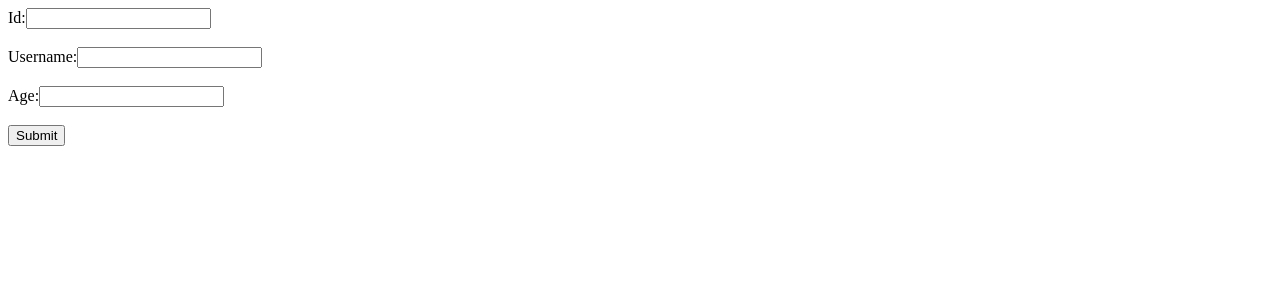
Repository: debrajnandi/APMM-Microservice
Page: http://localhost/PersonSpringBootJPAh2/home.jsp
The author's editor kept a copy of each file at every save. The page is drawn from the files as they stood at one save, then again after the next save.
The browser window is 1280 px wide. The pictures show the whole page.
The page is served by Tomcat 9. Other server files are loaded and not shown.

Above is the page before, as saved 2018-10-03 07:07:00.

### PersonSpringBootJPAh2/src/main/webapp/home.jsp
<%@ page language="java" contentType="text/html; charset=ISO-8859-1"
    pageEncoding="ISO-8859-1"%>
<!DOCTYPE html>
<html>
<head>
<meta charset="ISO-8859-1">
<title>Insert title here</title>
</head>
<body>
	<form action="addPerson">
		Id:<input type="text" name="id">
		<br><br>
		Username:<input type="text" name="name">
		<br><br>
		Age:<input type="text" name="age">
		<br><br>
		<input type="submit">
	</form>

</body>
</html>

After the next save:
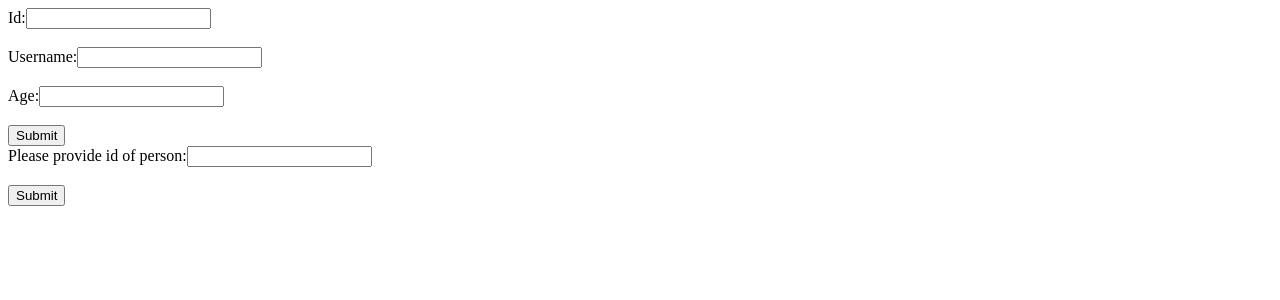
Saved 4 min 38 s later.
--- a/PersonSpringBootJPAh2/src/main/webapp/home.jsp
+++ b/PersonSpringBootJPAh2/src/main/webapp/home.jsp
@@ -17,5 +17,12 @@
 		<input type="submit">
 	</form>
 
+	<form action="getPerson">
+		Please provide id of person:<input type="text" name="id">
+		<br><br>
+
+		<input type="submit">
+	</form>
+
 </body>
 </html>
